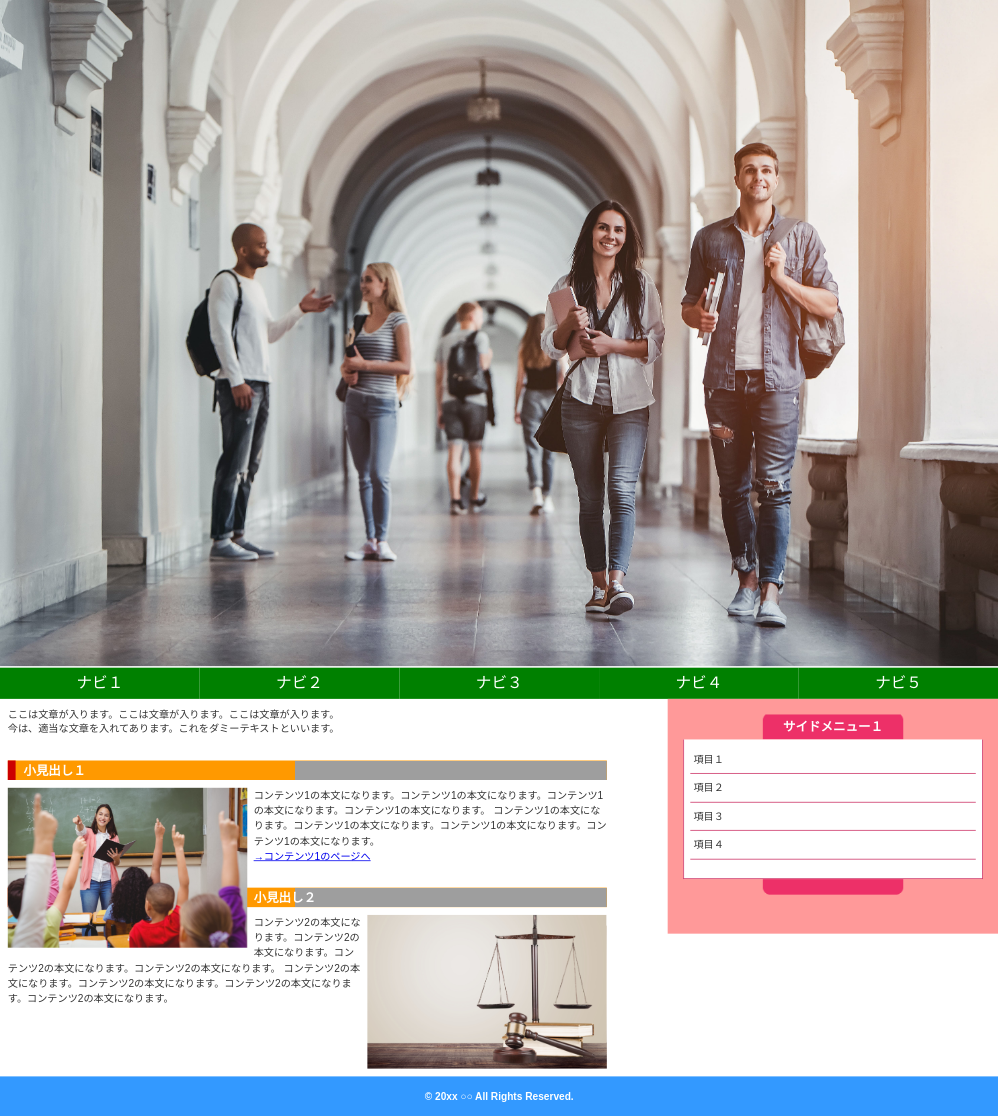
Repository: yutakakoyama/samurai_HTML-CSS
Page: home.html
The author's editor kept a record of every edit. The page is drawn from the files as they stood at one moment, then again after the next edit.
The browser window is 1280 px wide. The pictures show the whole page, at 78% of full size.
Pictures or frames that could not be fetched are drawn as grey boxes.

Above is the page before.

### home.html
<!DOCTYPE html>
<html lang="ja">
    <head>
        <meta charset="UTF-8">
        <title>HTML/CSSの学習</title>
        <link rel="stylesheet" href="stylesheet.css"/>
    </head>
    <body>
            <div id="header">
                <h1><a href="index.html"><img id="corridor" src="images/corridor.jpg" alt="大学の廊下" /></a></h1>
            </div>
        <div id="wrapper">
            <div id="nav">
                <ul>
                    <li><a href="home.html">ナビ１</a></li>
                    <li><a href="#">ナビ２</a></li>
                    <li><a href="#">ナビ３</a></li>
                    <li><a href="#">ナビ４</a></li>
                    <li><a href="#">ナビ５</a></li>
                </ul>
            </div>
        </div>
            <div id="container">
                <div id="main">
                    <div class="post">
                        <p>ここは文章が入ります。ここは文章が入ります。ここは文章が入ります。<br />今は、適当な文章を入れてあります。これをダミーテキストといいます。</p>
                    </div>
                    <div class="post clearfix">
                        <h2>小見出し１</h2>
                        <img class="left" src="images/classroom.jpg" alt="授業風景" />
                        <p>
                            コンテンツ1の本文になります。コンテンツ1の本文になります。コンテンツ1の本文になります。コンテンツ1の本文になります。
                            コンテンツ1の本文になります。コンテンツ1の本文になります。コンテンツ1の本文になります。コンテンツ1の本文になります。
                        </p>
                        <p><a href="#">→コンテンツ1のページへ</a></p>
                    </div>
                    <div class="post clearfix">
                        <h2>小見出し２</h2>
                        <img class="right" src="images/scale.jpg" alt="天秤" />
                        <p>
                            コンテンツ2の本文になります。コンテンツ2の本文になります。コンテンツ2の本文になります。コンテンツ2の本文になります。
                            コンテンツ2の本文になります。コンテンツ2の本文になります。コンテンツ2の本文になります。コンテンツ2の本文になります。
                        </p>
                    </div>
                </div>
            </div>
                <div id="side">
                    <div class="box">
                        <h2>サイドメニュー１</h2>
                        <div class="boxBody">
                            <ul>
                                <li>項目１</li>
                                <li>項目２</li>
                                <li>項目３</li>
                                <li>項目４</li>
                            </ul>
                        </div>
                    </div>
                </div>
            <div id="footer">
                <p>&copy; 20xx ○○ All Rights Reserved.</p>
            </div>
    </body>
</html>

### stylesheet.css
@charset "utf-8";

body {
	margin: 0;
	padding: 0;
	font-family: "ヒラギノ角ゴ Pro W3", "Hiragino Kaku Gothic Pro", "メイリオ", Meiryo, Osaka, "ＭＳ Ｐゴシック", "MS PGothic", sans-serif;
	color: #333;
	font-size: 13px;
	line-height: 150%;
}

/* -------------------- wrapper -------------------- */
#wrapper {
    width: 100%;
    margin: auto;
    padding: 0px;
    border: 0px;
    background-color: #FFF;
    top: 10px;
}

 /* -------------------- header -------------------- */
 #header {
 	width: 100%;
 }
 #header h1 {
 	 margin: 0;
	 padding: 0;
 }

 #corridor {
	 width: 100%;
	 height: auto;
 }

 /* -------------------- footer -------------------- */
 #footer {
     clear: both;
     width: 100%;
     padding: 3px 0 3px 0;
     background: #39F;
     color: #FFF;
     font-weight: bold;
     text-align: center;
 }

 /* -------------------- nav -------------------- */
 #nav {
     width: 100%;

 }
 #nav ul {
     margin: 0;
     padding: 0;
     list-style-type: none;
 }
 #nav ul li {
     float: left;
     width: 20%;
     text-align: center;
 }
 #nav ul li a {
     display: block;
     height: 20px;
     margin: 0;
     padding: 10px;
     color: #FFF;
     font-size: 20px;
     text-decoration: none;
     background-color: green;
 }
 #nav ul li a:hover {
     filter: drop-shadow(10px 10px 10px black);
 }

 /* -------------------- container -------------------- */
 #container {
     width: 100%;
     margin: auto;
     padding: auto;
     clear: both;
 }

 /* -------------------- main -------------------- */
 #main {
     float: left;
     width: 60%;
     padding: 10px 30px 10px 10px;
 }
 #main h2 {
     margin: 0 0 10px 0;
     padding: 3px 10px 3px 10px;
     color: #FFF;
     font-size: 16px;
     border-left: solid 10px #C00;
     background: #F90 url(../images/main_h2.jpg) right top repeat-y;
 }
 #main p {
     margin: 0;
     padding: 0;
 }
 #main .post {
     margin: 0 0 30px 0;
 }
 #main .post img.right {
     margin: 0 0 0 8px;
 }
 #main .post img.left {
     margin: 0 8px 0 0;
 }

 .right {
     float: right;
     width: 40%;
     height: auto;
 }
 .left {
     float: left;
     width: 40%;
     height: auto;
 }

 /* -------------------- clearfix -------------------- */
 .clearfix {
     zoom: 1;
 }
 .clearfix:after{
     container: "";
     display: block;
     clear: both;
 }

 /* -------------------- side -------------------- */
 #side {
     float: right;
     width: 30%;
     padding: 20px;
     background-color: #F99;
 }
 #side .box {
     margin: 0 auto 30px auto;
     padding: 0 0 20px 0;
     background: url(images/side_box.png) bottom no-repeat;;
 }
 #side .box h2 {
     margin: 0;
     padding: 8px;
     text-align: center;
     color: #fff;
     font-size: 16px;
     line-height: 16px;
     font-weight: nomal;
     background: url(images/side_box_h2.png) center no-repeat;;
 }
 #side .box .boxBody {
     padding: 8px;
     border-right: solid 1px #C36;
     border-bottom: solid 1px #C36;
     border-left: solid 1px #C36;
     background: #fff;
 }
 #side .box .boxBody ul {
     margin: 0 0 16px 0;
     padding: 0;
 }
 #side .box .boxBody ul li {
     padding: 8px 0 8px 4px;
     list-style: none;
     border-bottom: solid 1px #C36;
 }

After the next edit:
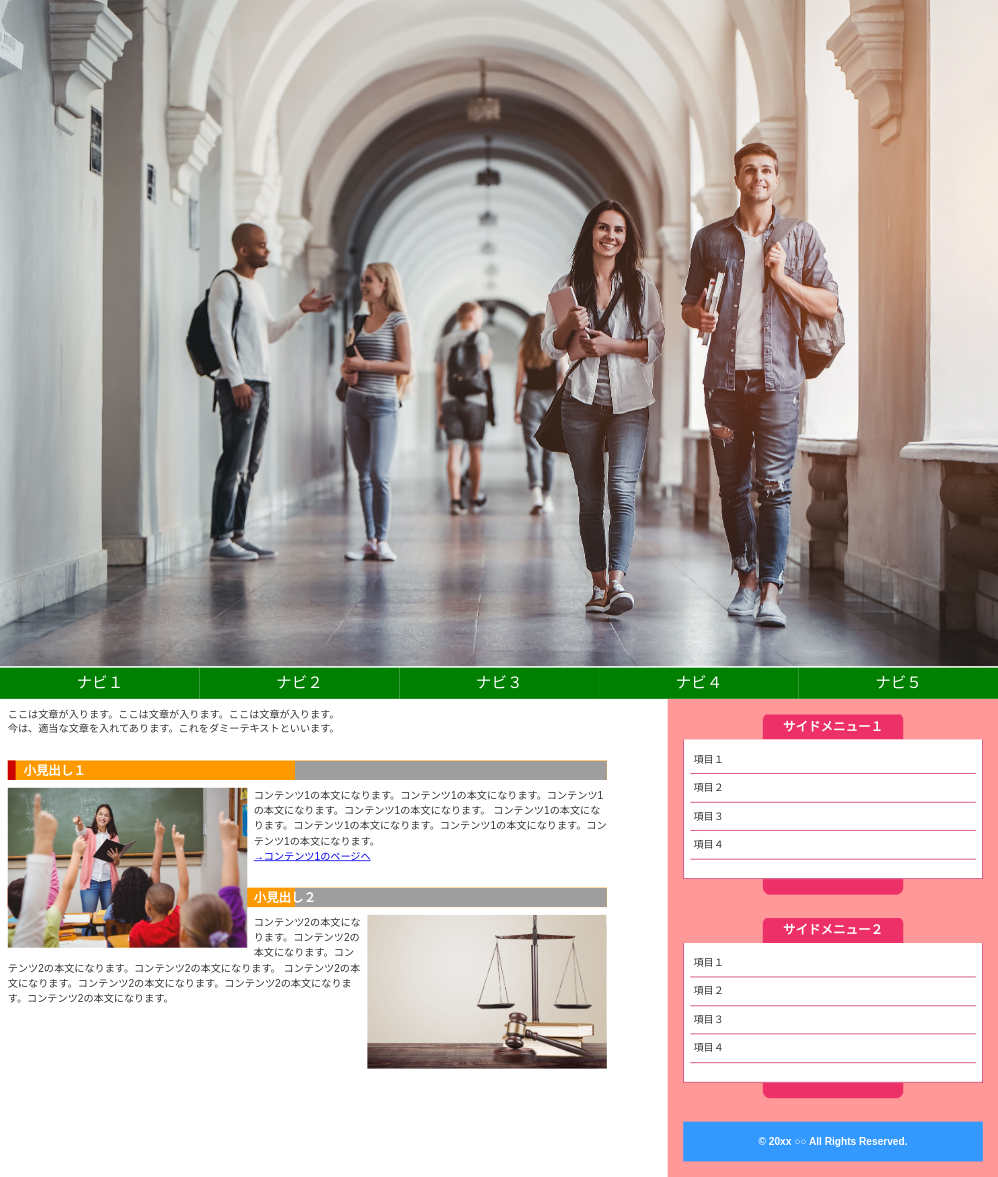
The edit:
--- a/home.html
+++ b/home.html
@@ -56,7 +56,17 @@
                             </ul>
                         </div>
                     </div>
-                </div>
+                    <div class="box">
+                        <h2>サイドメニュー２</h2>
+                        <div class="boxBody">
+                            <ul>
+                                <li>項目１</li>
+                                <li>項目２</li>
+                                <li>項目３</li>
+                                <li>項目４</li>
+                            </ul>
+                        </div>
+                    </div>
             <div id="footer">
                 <p>&copy; 20xx ○○ All Rights Reserved.</p>
             </div>
